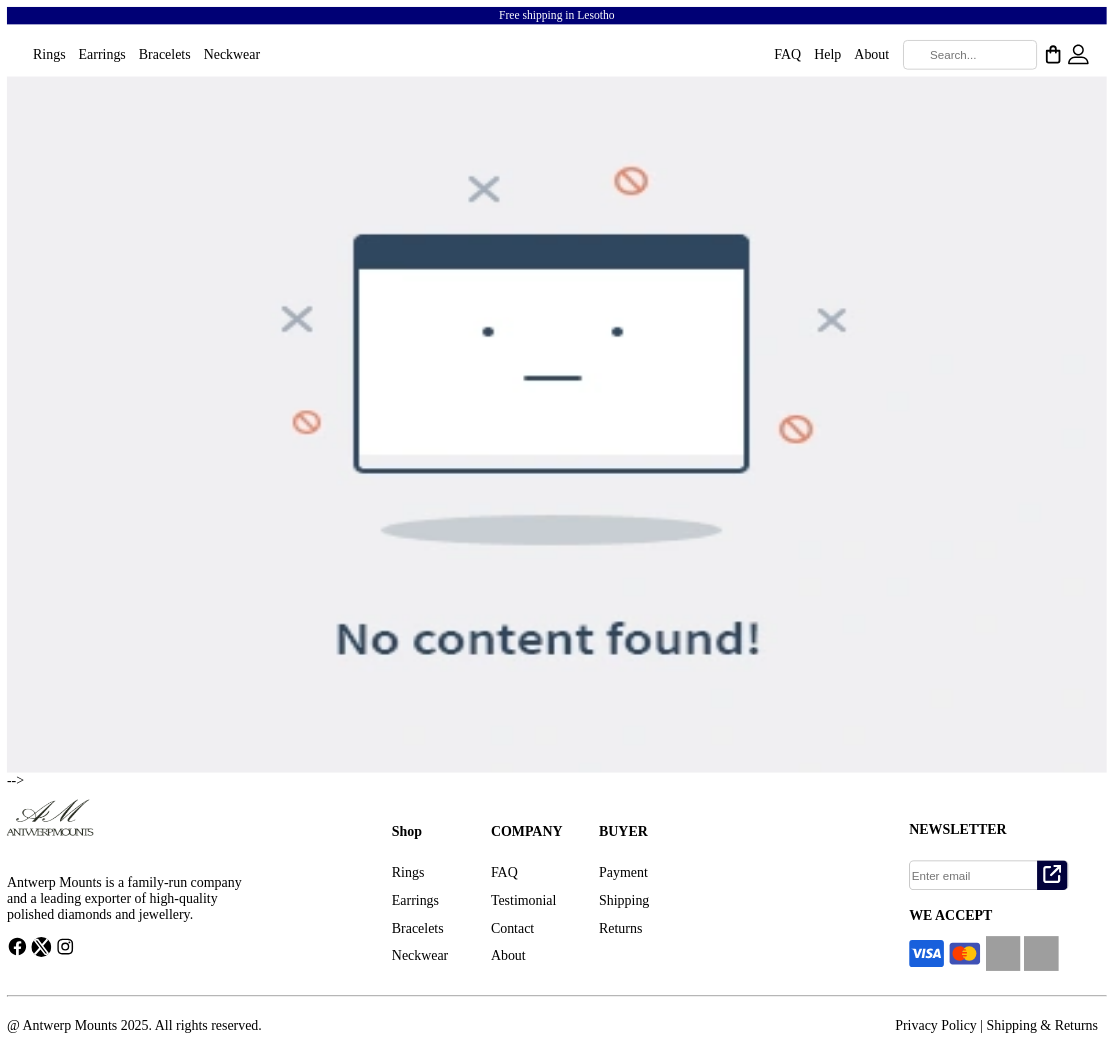
Repository: kea-0424/Web-Development-Project-1
Page: First_collaboration/JewelarySite.html
An editor plug-in stored every save of this project. The page is shown before and after the next save, followed by the edit.
The browser window is 1280 px wide. The pictures show the whole page, at 87% of full size.
Pictures or frames that could not be fetched are drawn as grey boxes.

Above is the page before, as saved 2025-01-23 10:46:58.

### First_collaboration/JewelarySite.html
<!DOCTYPE html>
<html lang="en">
<head>
    <meta charset="UTF-8">
    <meta name="viewport" content="width=device-width, initial-scale=1.0">
    <title>Document</title>
    <link rel="stylesheet" href="./JewelarySite.css">
</head>
<body>
    <header>
        <div class="notification">
            <span>Free shipping in Lesotho</span>
        </div>
        <nav>
                <ul class="navigations"  id="right_nav">
                    <li class="navbar_links"><a href="#">Rings</a></li>
                    <li class="navbar_links"><a href="#">Earrings</a></li>
                    <li class="navbar_links"><a href="#">Bracelets</a></li>
                    <li class="navbar_links"><a href="#">Neckwear</a></li>
                </ul>

            <div class="logo_container">
<!--<img src="./Main_Logo.png" alt="Logo" class="main_logo" id="Nav_logo">-->
            </div>
                <ul class="navigations" id="left_nav">
                    <li class="navbar_links"><a href="#">FAQ</a></li>
                    <li class="navbar_links"><a href="#">Help</a></li>
                    <li class="navbar_links"><a href="#">About</a></li>
                </ul>
                <form action="#">
                    <i class='bx bx-search-alt-2'></i>
                    <input class='searchbar' type="text" placeholder="Search...">
                </form>
                <div class="nav_icons">
                    <img src="./cart.svg" alt="Logo" class="icon">
                    <img src="./profile.svg" alt="Logo" class="icon">
                </div>
        </nav>
    </header>
    <main>
        <img src="./NoContent.webp" alt="No_Content" class="No_Content">
    </main>-->
    <footer>
        <div class="about_us">
            <div class="logo_container">
                <img src="./Main_Logo.png" alt="Logo" class="main_logo">
                            </div>
                            <div class="bio">
                                <p>Antwerp Mounts is a family-run company<br>
                                    and a leading exporter of high-quality<br>
                                   polished diamonds and jewellery.</p>
                            </div>
                                <div class="social_media">
                                    <div class="socials" >
                                        <a href="#"><img src="./bxl-facebook-circle (1).svg" alt="Facebook" id="facebook_link"></a>
                                    </div>
                                    <div class="socials">
                                        <a href="#"><img src="./x-twitter-brands-solid.svg" alt="Twitter" id="X_link"></a>
                                    </div>
                                    <div class="socials">
                                        <a href="#"><img src="./bxl-instagram (1).svg" alt="Instagram" id="instagram_link"></a>
                                    </div>
                                    </div>
        </div>
        <div class="navigation">
            <div class="list1">
                <h4>Shop</h4>
                <ul class="footer_lists">
                    <li><a href="#">Rings</a></li>
                    <li><a href="#">Earrings</a></li>
                    <li><a href="#">Bracelets</a></li>
                    <li><a href="#">Neckwear</a></li>
                </ul>
            </div>
            <div class="list2">
               <h4>COMPANY</h4>
               <ul class="footer_lists">
                <li><a href="#">FAQ</a></li>
                <li><a href="#">Testimonial</a></li>
                <li><a href="#">Contact</a></li>
                <li><a href="#">About</a></li>
               </ul>
            </div>
            <div class="list3">
                <h4>BUYER</h4>
                <ul class="footer_lists">
                    <li><a href="#">Payment</a></li>
                    <li><a href="#">Shipping</a></li>
                    <li><a href="#">Returns</a></li>
                </ul>
            </div>
        </div>
        <div class="Subscription">
            <h4>NEWSLETTER</h4>
            <form action="#">
                <input type="text" placeholder="Enter email" class="newsletter_input">
                <button type="submit" class="submit_btn"><img src="./arrow-up-right-from-square-solid.svg" alt="arrow"></button>
            </form>
            <h4>WE ACCEPT</h4>
            <div class="payment_methods">
                <div class="payment_method">
                    <img src="./cc-visa-brands-solid.svg" alt="visa" id="visa">
                </div>
                <div class="payment_method">
                    <img src="mastercard.svg" alt="mastercard" id="mastercard">
                </div>
                <div class="payment_method">
                    <img src="./paypal.svg" alt="paypal" id="paypal">
        </div>
        <div class="payment_method">
            <img src="./skrill.svg" alt="skrill" id="skrill">
        </div>
            </div>
        </div>
        <hr>
        <div class="copyright">
            <p class="left_details">@ Antwerp Mounts 2025. All rights reserved.</p>
            <p class="right_details">Privacy Policy | Shipping & Returns</p>
        </div>
    </footer>
</body>
</html>

### First_collaboration/JewelarySite.css

body {
    box-sizing: border-box;
}
.notification {
    background-color: rgb(0 0 117);
    color: rgb(255 255 255);
    display: flex;
    align-items: center;
    justify-content: center;
    font-size: smaller;
    width: inherit;
    height: 20px;
}
nav {
    display: flex;
    justify-content: space-between;
    /*padding: 10px;*/
}
.main_logo {
    height: 80px;
    width: 100px;
    margin-top: 0;

}
#Nav_logo {
    margin: 0 auto;
}
.navigations,.navbar_links {
    list-style-type: none;
    display: flex;
    justify-content: space-between;
list-style: none;
text-decoration: none;
color: inherit;
margin-right: 15px;
padding: 0;
}
nav {
    position:relative;
    width: 100%;
    height: 60px
}

a {
    text-decoration: none;
color: inherit;
}
a:hover {
    /*font-size: larger;*/
    transition: font-size 0.2s ease-in-out;
    position: relative;
    /*background-color: blue;*/
    color: rgba(0 0 255 / 0.26);
    border-radius: 3px;
}
main,.No_Content {
    width: 100%;
    height: 800px;
}
.searchbar {
    width: 120px;
    height: 30px;
    border-radius: 5px;
    border: 1px solid #ccc;
    margin-top: 18px;
    padding-left: 30px;
    position: absolute;
    right: 80px;

}
.navbar_links {
    margin-top: 10px;
}
.icon {
    width: 25px;
    height: 25px;
    margin-top: 22px;
}
#left_nav{
    position: absolute;
    right: 220px;
}
#right_nav {
    position: absolute;
    left: 30px;
}
.nav_icons {
    margin-right: 20px;
}
.socials {
    /*border: 1px solid red;*/
    display: inline;
    height: 50px;
    width: 50px;
}
.bio {
    /*border: 1px solid red;*/
    display: inline-block;
}
#X_link {
    background-color: black;
    height: 23px;
    width: 23px;
    border-radius: 50%;
    display: inline-block;
}
/*.list1,.list2,.list3*/.navigation{
    /*border: 1px solid red;*/
    display: inline-block;
    position: absolute;
    left: 35%;
    top: 20px;
box-sizing: border-box;
}
footer {
    /*border: 1px solid red;*/
    position: relative;
}
.list1,.list2,.list3 {
    /*border: 1px solid red;*/
    display: inline-block;
    box-sizing: border-box;
    margin-right: 5px;
}
.list3 {
    position: relative;
    bottom: 32px;
}
.footer_lists {
    position: relative;
    right: 40px;
    list-style: none;
    line-height: 2em;
}
.newsletter_input {
    height: 30px;
    overflow: hidden;
    border-radius: 5px;
    border: 1px solid rgba(0 0 0 / 0.25);
    position: relative;
    /*z-index: 1;*/
}
.submit_btn {
    background-color: rgb(2 2 59);
    border: 1px solid transparent;
    height: 34px;
    width: 35px;
    position: relative;
    right: 40px;
    top: 4px;
    border-radius:0px 5px 5px 0px;
}
#visa, #mastercard, #paypal, #skrill {
    height: 40px;
    width: 40px;
}
#visa:hover, #mastercard:hover, #paypal:hover, #skrill:hover {
    height: 50px;
    width: 50px;
}
.payment_method {
    /*border: 1px solid red;*/
    display: inline-block;
    position: relative;
    bottom: 8px;
}
.Subscription {
/*border: 1px solid red;*/
display: inline;
position: absolute;
right:5px;
top:18px;
}
hr {
    margin-top: 40px;
}
.copyright {
   /* border: 1px solid red;*/
    position: relative;
}
.left_details {
    /*border: 1px solid red;*/
    display: inline-block;
}
.right_details {
    /*border: 1px solid red;*/
    display: inline;
    position: absolute;
    right: 10px;
}

After the next save:
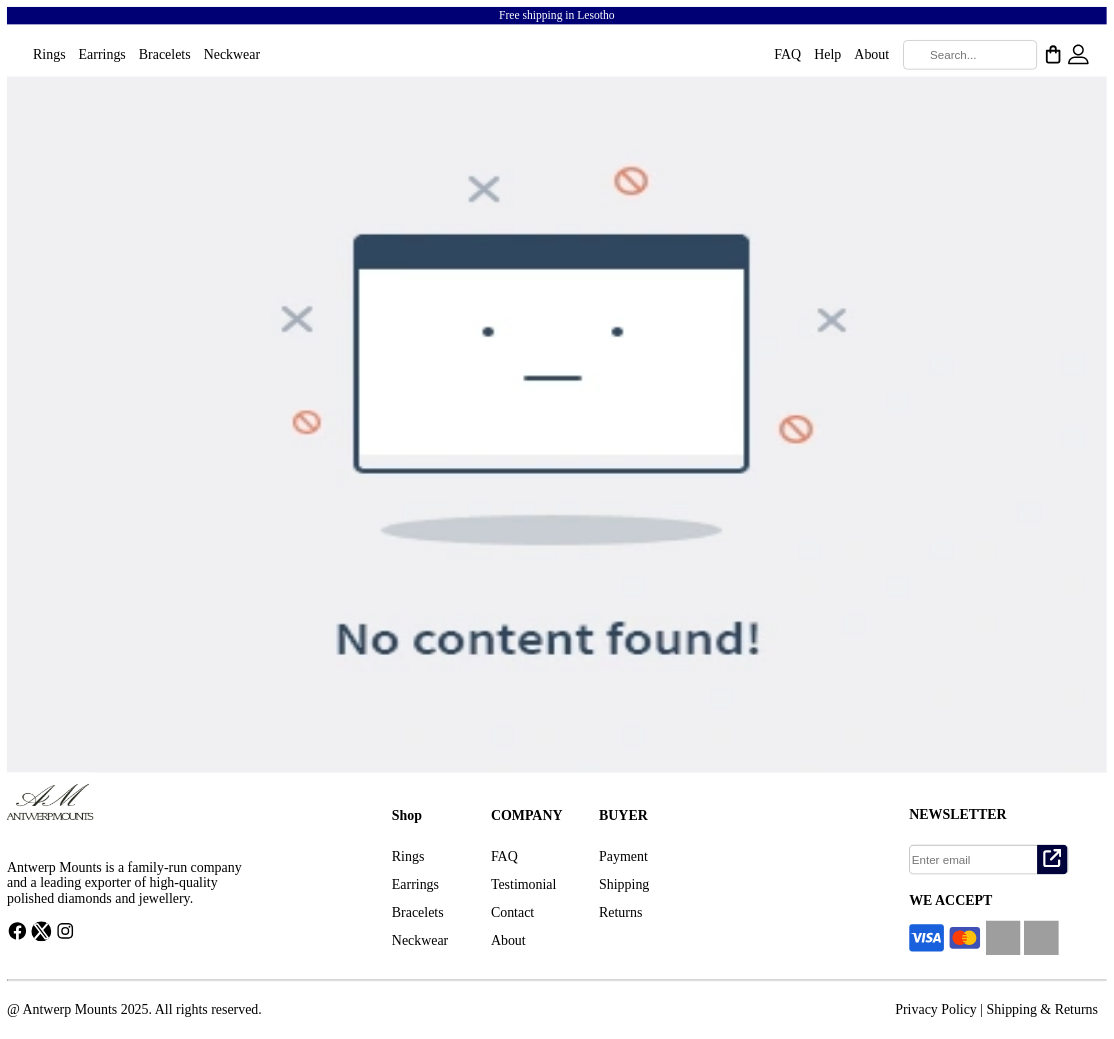
Saved 2 s later.
--- a/First_collaboration/JewelarySite.html
+++ b/First_collaboration/JewelarySite.html
@@ -39,7 +39,7 @@
     </header>
     <main>
         <img src="./NoContent.webp" alt="No_Content" class="No_Content">
-    </main>-->
+    </main>
     <footer>
         <div class="about_us">
             <div class="logo_container">
